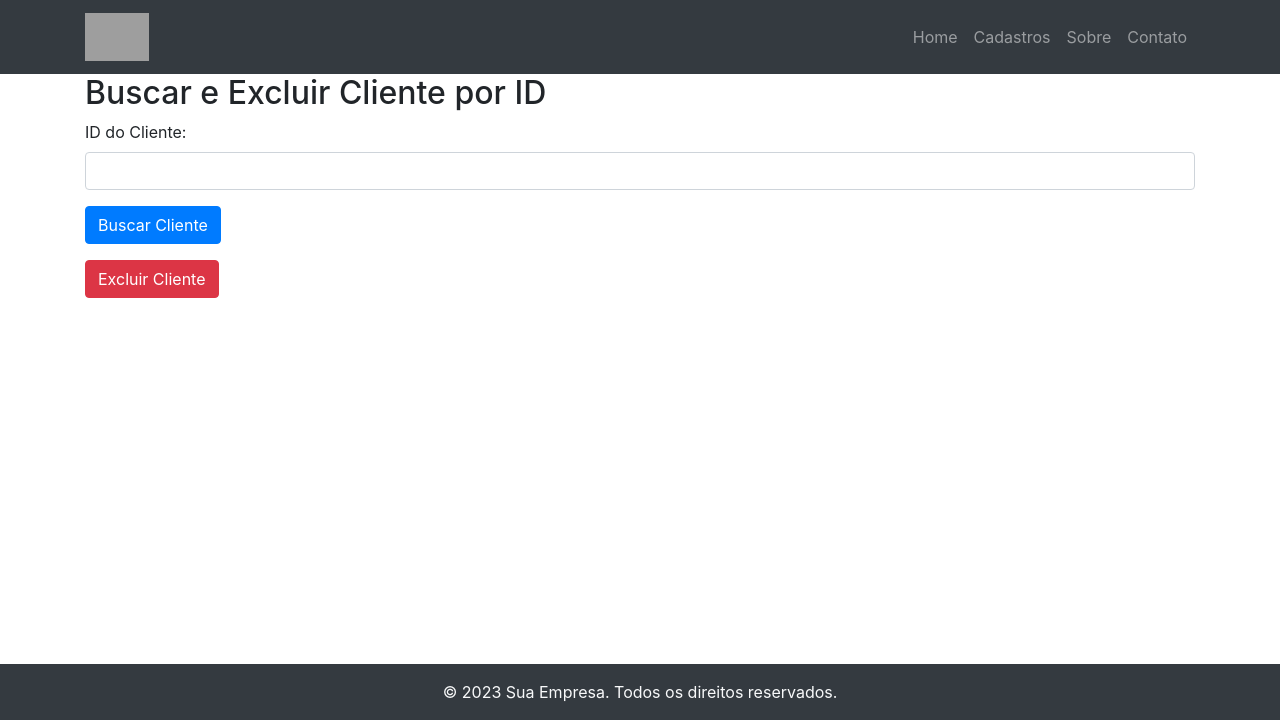
Repository: hagartelles/serveletProject
Page: http://localhost/BeltourServerlet/DeleteClient.jsp
An editor plug-in stored every save of this project. The page is shown before and after the next save, followed by the edit.
The browser window is 1280 px wide. The pictures show the whole page.
Pictures or frames that could not be fetched are drawn as grey boxes. The page is served by Tomcat 9. Other server files are loaded and not shown.

Above is the page before, as saved 2023-11-06 01:38:39.

### BeltourServerlet/src/main/webapp/DeleteClient.jsp
<%@ page language="java" contentType="text/html; charset=UTF-8" pageEncoding="UTF-8"%>
<!DOCTYPE html>
<html>
<head>
    <meta charset="UTF-8">
    <title>Buscar e Excluir Cliente</title>
    <!-- Incluindo arquivos CSS do Bootstrap -->
    <link href="https://maxcdn.bootstrapcdn.com/bootstrap/4.5.2/css/bootstrap.min.css" rel="stylesheet">
</head>
<body>
    <!-- Cabeçalho -->
    <header>
        <nav class="navbar navbar-expand-lg navbar-dark bg-dark text-light">
            <div class="container">
                <a class="navbar-brand" href="#"><img src="./icon/samurai.png" height="48px"></a>
                <button class="navbar-toggler" type="button" data-toggle="collapse" data-target="#navbarNav" aria-controls="navbarNav" aria-expanded="false" aria-label="Toggle navigation">
                    <span class="navbar-toggler-icon"></span>
                </button>
                <div class="collapse navbar-collapse" id="navbarNav">
                    <ul class="navbar-nav ml-auto">
                        <li class="nav-item">
                            <a class="nav-link" href="#">Home</a>
                        </li>
                        <li class="nav-item">
                            <a class="nav-link" href="ReadController">Cadastros</a>
                        </li>
                        <li class="nav-item">
                            <a class="nav-link" href="#sobre">Sobre</a>
                        </li>
                        <li class="nav-item">
                            <a class="nav-link" href="#contato">Contato</a>
                        </li>
                    </ul>
                </div>
            </div>
        </nav>
    </header>

    <!-- Corpo da Página -->
    <div class="container">
        <h2>Buscar e Excluir Cliente por ID</h2>
        <form action="BuscarExcluirClienteController" method="post">
            <div class="form-group">
                <label for="clienteId">ID do Cliente:</label>
                <input type="text" class="form-control" id="clienteId" name="clienteId" required>
            </div>

            <button type="submit" class="btn btn-primary">Buscar Cliente</button>
        </form>

        <!-- Aqui você pode exibir os detalhes do cliente após a busca, se necessário -->

        <!-- Botão para Excluir o Cliente -->
        <form action="DeleteController" method="post">
            <input type="hidden" name="clienteId" value="<!-- ID do Cliente a ser excluído -->">
            <button type="submit" class="btn btn-danger mt-3">Excluir Cliente</button>
        </form>
    </div>

    <!-- Rodapé -->
    <footer class="bg-dark text-light text-center py-3 fixed-bottom">
        &copy; 2023 Sua Empresa. Todos os direitos reservados.
    </footer>

    <!-- Incluindo arquivos JavaScript do Bootstrap e jQuery -->
    <script src="https://code.jquery.com/jquery-3.5.1.slim.min.js"></script>
    <script src="https://cdn.jsdelivr.net/npm/bootstrap@4.5.2/dist/js/bootstrap.min.js"></script>
</body>
</html>

After the next save:
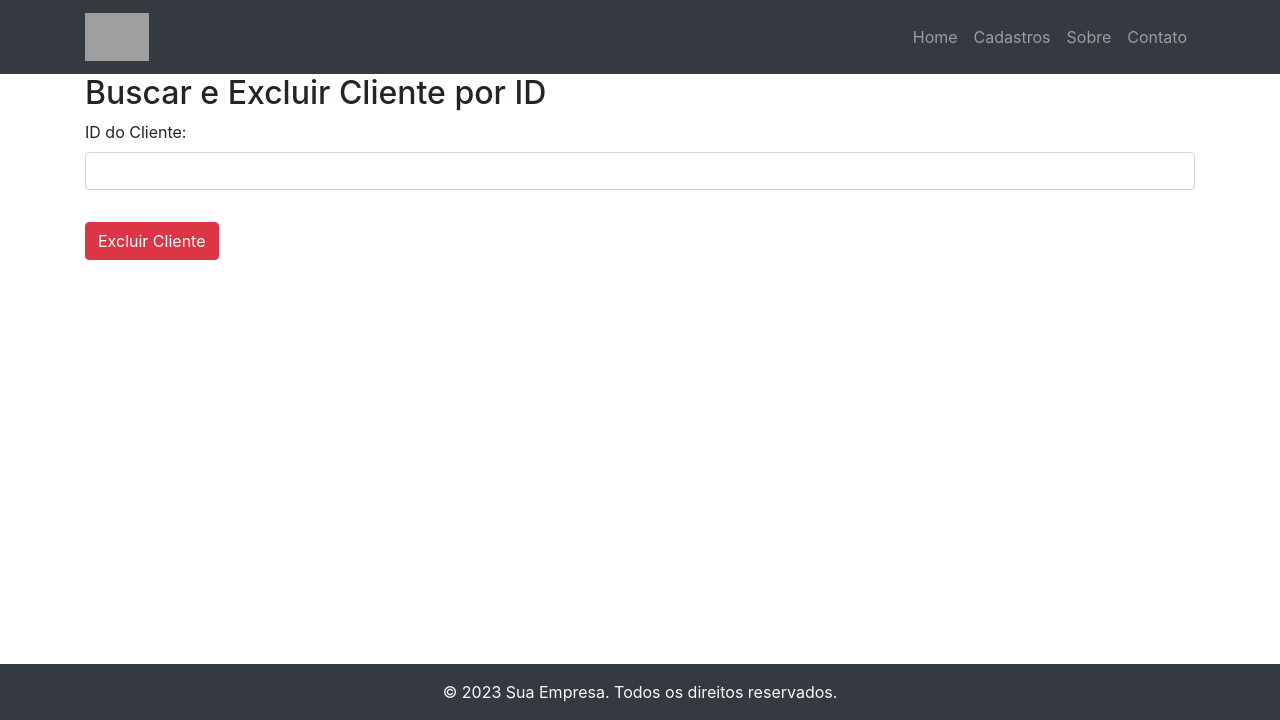
Saved 2 min 10 s later.
--- a/BeltourServerlet/src/main/webapp/DeleteClient.jsp
+++ b/BeltourServerlet/src/main/webapp/DeleteClient.jsp
@@ -39,20 +39,12 @@
     <!-- Corpo da Página -->
     <div class="container">
         <h2>Buscar e Excluir Cliente por ID</h2>
-        <form action="BuscarExcluirClienteController" method="post">
+        <form action="DeleteController" method="post">
             <div class="form-group">
                 <label for="clienteId">ID do Cliente:</label>
-                <input type="text" class="form-control" id="clienteId" name="clienteId" required>
+                <input type="text" class="form-control" id="id" name="id" required>
             </div>
 
-            <button type="submit" class="btn btn-primary">Buscar Cliente</button>
-        </form>
-
-        <!-- Aqui você pode exibir os detalhes do cliente após a busca, se necessário -->
-
-        <!-- Botão para Excluir o Cliente -->
-        <form action="DeleteController" method="post">
-            <input type="hidden" name="clienteId" value="<!-- ID do Cliente a ser excluído -->">
             <button type="submit" class="btn btn-danger mt-3">Excluir Cliente</button>
         </form>
     </div>
